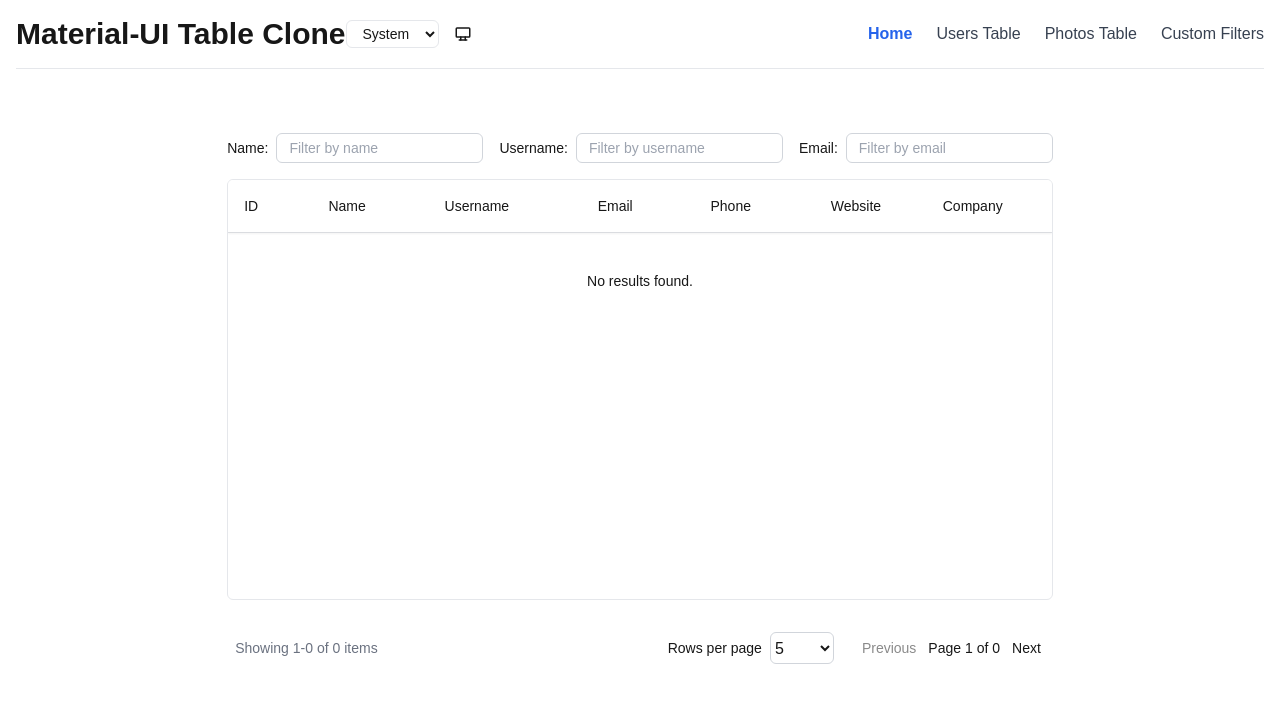
Repository: Dvirco1234/mini-mui-table
Page: /
The author's editor kept a copy of each file at every save. The page is drawn from the files as they stood at one save, then again after a run of saves.
The browser window is 1280 px wide. The pictures show the whole page.
The page's requests for data from a server got no answer. The project was rebuilt for these pictures with package versions that can differ from the ones it lists, and the page was loaded fresh each time. The framework's server and built-in components were replaced by stand-ins that run in the browser. No one was signed in, and anything a server would have sent is missing. Also part of the build but not shown: next.config.ts.

Above is the page before, as saved 2025-03-03 22:04:42.

After the next 2 saves:
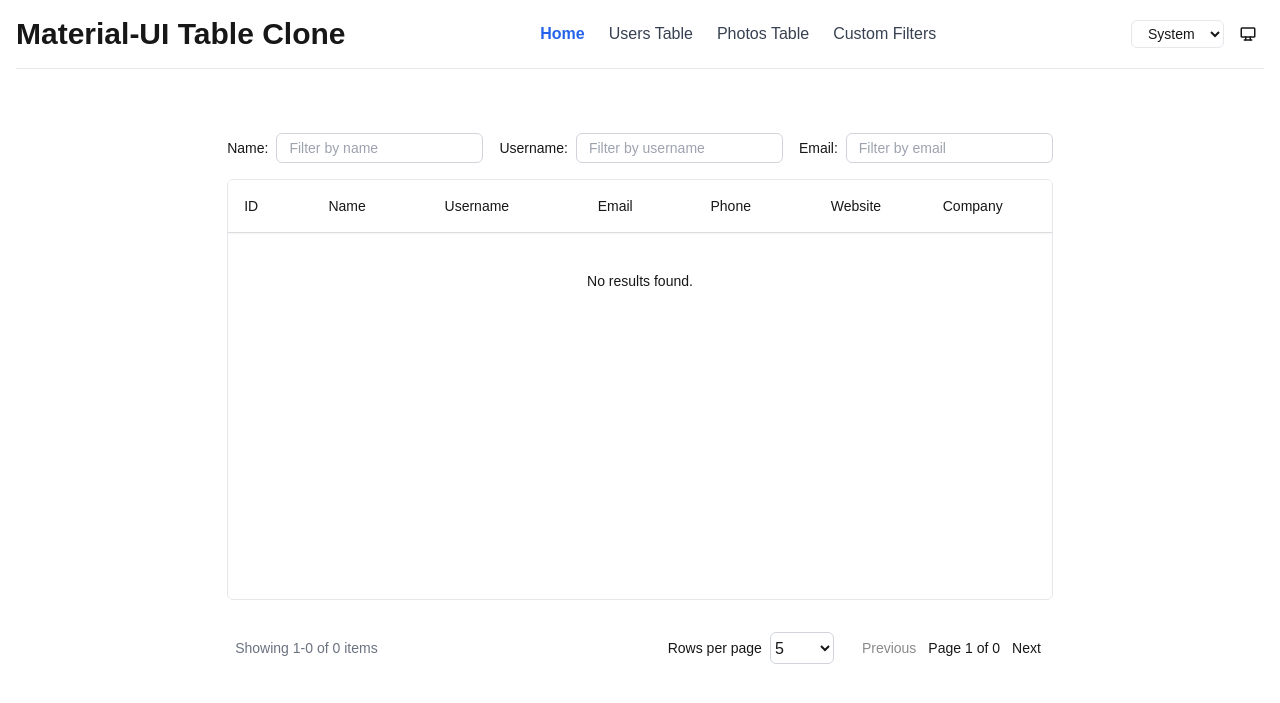
The 2 saves are shown as one change because they came seconds apart.
The last was saved 23 s later.
--- a/src/components/layout/Navigation.tsx
+++ b/src/components/layout/Navigation.tsx
@@ -18,7 +18,6 @@ export function Navigation() {
     <div className="w-full flex border-b py-4 mb-6 justify-between">
       <div className="flex justify-between items-center ">
         <h1 className="text-3xl font-bold">Material-UI Table Clone</h1>
-        <ThemeToggle />
       </div>
 
       <nav className="flex items-center">
@@ -39,6 +38,7 @@ export function Navigation() {
           ))}
         </ul>
       </nav>
+      <ThemeToggle />
     </div>
   );
 }
